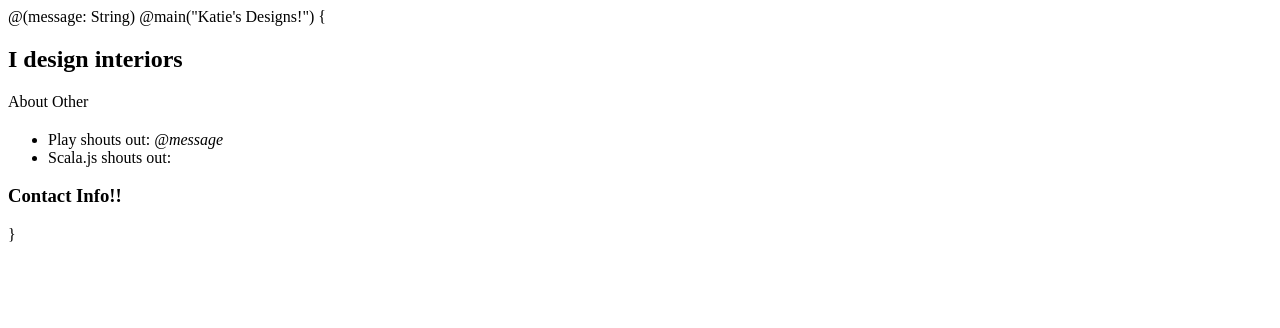
Repository: arthurfeeney/Interior-Design
Page: server/app/views/index.scala.html
An editor plug-in stored every save of this project. The page is shown before and after the next save, followed by the edit.
The browser window is 1280 px wide. The pictures show the whole page.

Above is the page before, as saved 2019-03-31 19:01:19.

After the next save:
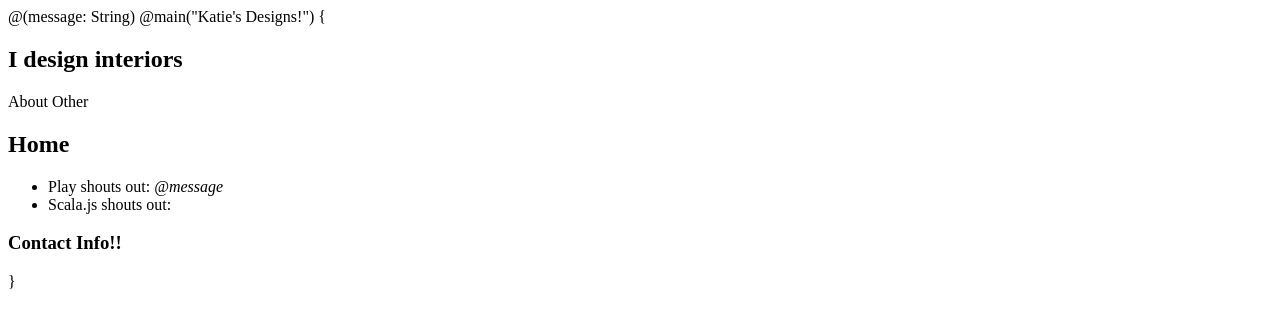
Saved 17 s later.
--- a/server/app/views/index.scala.html
+++ b/server/app/views/index.scala.html
@@ -5,7 +5,7 @@
 
 <p class="navbar-default"> About Other </p>
 
-<h2 class="Home"> </h2>
+<h2 class="section-title"> Home </h2>
 
 
 <ul>
